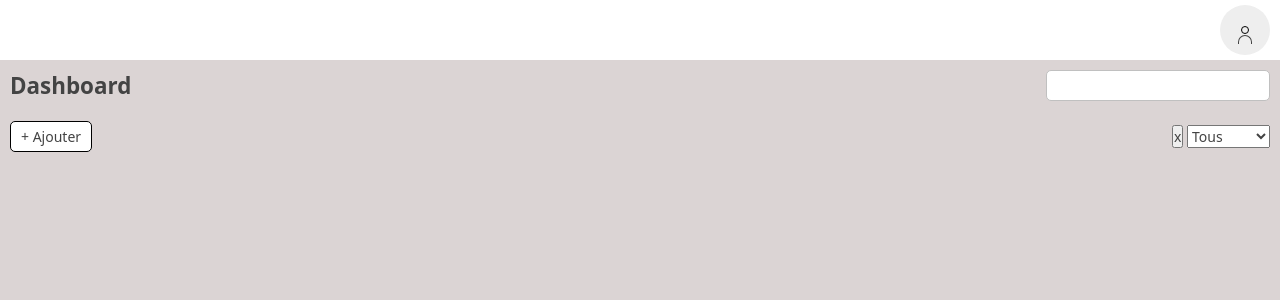
Repository: zpaulange/task_manager
Page: dashboard/index.html
The author's editor kept a copy of each file at every save. The page is drawn from the files as they stood at one save, then again after the next save.
The browser window is 1280 px wide. The pictures show the whole page.

Above is the page before, as saved 2025-03-06 14:58:24.

### dashboard/index.html
<!DOCTYPE html>
<html lang="en">
<head>
    <meta charset="UTF-8">
    <meta name="viewport" content="width=device-width, initial-scale=1.0">
    <link rel="stylesheet" href="../assets/styles/dashboard/style.css">
    <title>Document</title>
</head>
<body>
  <section class="dashboard">
    <div class="dashboard_right">
      <nav class="dashbaord_nav">
        <a href="#" class="dashbaord_nav_avatar">
          <span></span>
        </a>
      </nav>
      <main class="main">
        <div class="main_header">
          <h1 class="main_header_title">Dashboard</h1>
          <input type="search" name="search" class=" main_header_search">
        </div>
        <div class="main_header_actions">
          <div class="main_header_actions_left">
            <button class="main_header_actions_btn">+ Ajouter</button>
          </div>
          <div class="main_header_actions_right">
            <button class="main_header_actions_right_btnDel">x</button>
            <select name="filter" id="">
              <option value="0">Tous</option>
              <option value="1">En cours</option>
              <option value="2">Annulés</option>
              <option value="3">Terminés</option>
            </select>
          </div>
        </div>
        <!-- <section class="box box-center">

        </section> -->
      </main>
    </div>
  </section>

</body>
</html>

### assets/styles/dashboard/style.css
*{
  margin:0;
  padding:0;
  box-sizing: border-box;
  position:relative;
  font-family: system-ui, sans-serif;
  font-size: 14px;
  color:#434343;
}
body{
  overflow-x: hidden;
}
a{
  text-decoration: none;
}
a:active, a:hover{
  color:#434343;
}
img{
  width: 100%;
  height: auto;
}
ul li{
  list-style: none;
}
input[type="search"],
input[type="text"],
input[type="date"]{
  padding:5px 10px;
  border-radius:5px;
  border:1px solid silver
}
input:focus{
  outline: none;
}

.dashboard{
  min-height: 100vh;
  background-color: #dbd4d4;
}

.dashboard_right{
  min-height: 100vh;
}
.dashbaord_nav{
  background-color: #fff;
  padding:5px 10px;
  display: flex;
  align-items:center;
  justify-content: flex-end;
  z-index: 1000;
  position: sticky;
  top:0;
  left:0;
}
.dashbaord_nav_avatar{
  display: flex;
  align-items: center;
  justify-content: center;
  height:50px;
  width: 50px;
  border-radius:50%;
  background-color: #eee;

}
.dashbaord_nav_avatar span{
  display: inline-block;
  height: 8px;
  width: 8px;
  border-radius:50%;
  border:1px solid #000
}
.dashbaord_nav_avatar span:before{
  content:'';
  position: absolute;
  height: 8px;
  width: 12px;
  border:1px solid;
  left:50%;
  transform: translateX(-50%);
  top:8px;
  border-bottom: none;
  border-top-left-radius: 10px;
  border-top-right-radius: 10px;
}

.main{
  padding:10px;
}
.main_header_title{
  font-size: 1.6rem;
}
.box{
  min-height: calc(100vh - 100px);
  background-color: #fff;
  border-radius:5px;
  padding:10px;
}
.box.box-center{
  display: flex;
  align-items:center;
  justify-content: center;
}

.main_header{
  display: flex;
  justify-content: space-between;
  align-items:center;
  margin-bottom:20px;
}
.main_header_actions{
  display: flex;
  justify-content: space-between;
  align-items:center;
}
.main_header_actions_btn{
  padding:5px 10px;
  border-radius:5px;
  border:1px solid #000;
  background-color: #fff;
  cursor: pointer;
  transition: .2s;
}

After the next save:
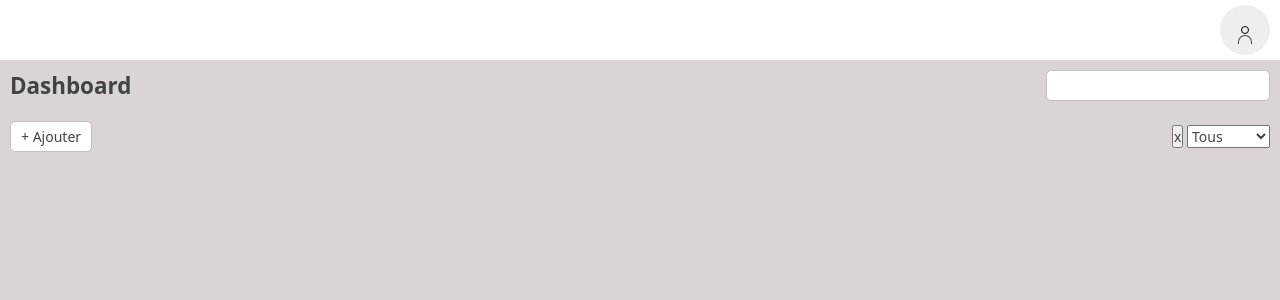
Saved 18 s later.
--- a/assets/styles/dashboard/style.css
+++ b/assets/styles/dashboard/style.css
@@ -116,7 +116,7 @@ input:focus{
 .main_header_actions_btn{
   padding:5px 10px;
   border-radius:5px;
-  border:1px solid #000;
+  border:1px solid silver;
   background-color: #fff;
   cursor: pointer;
   transition: .2s;
